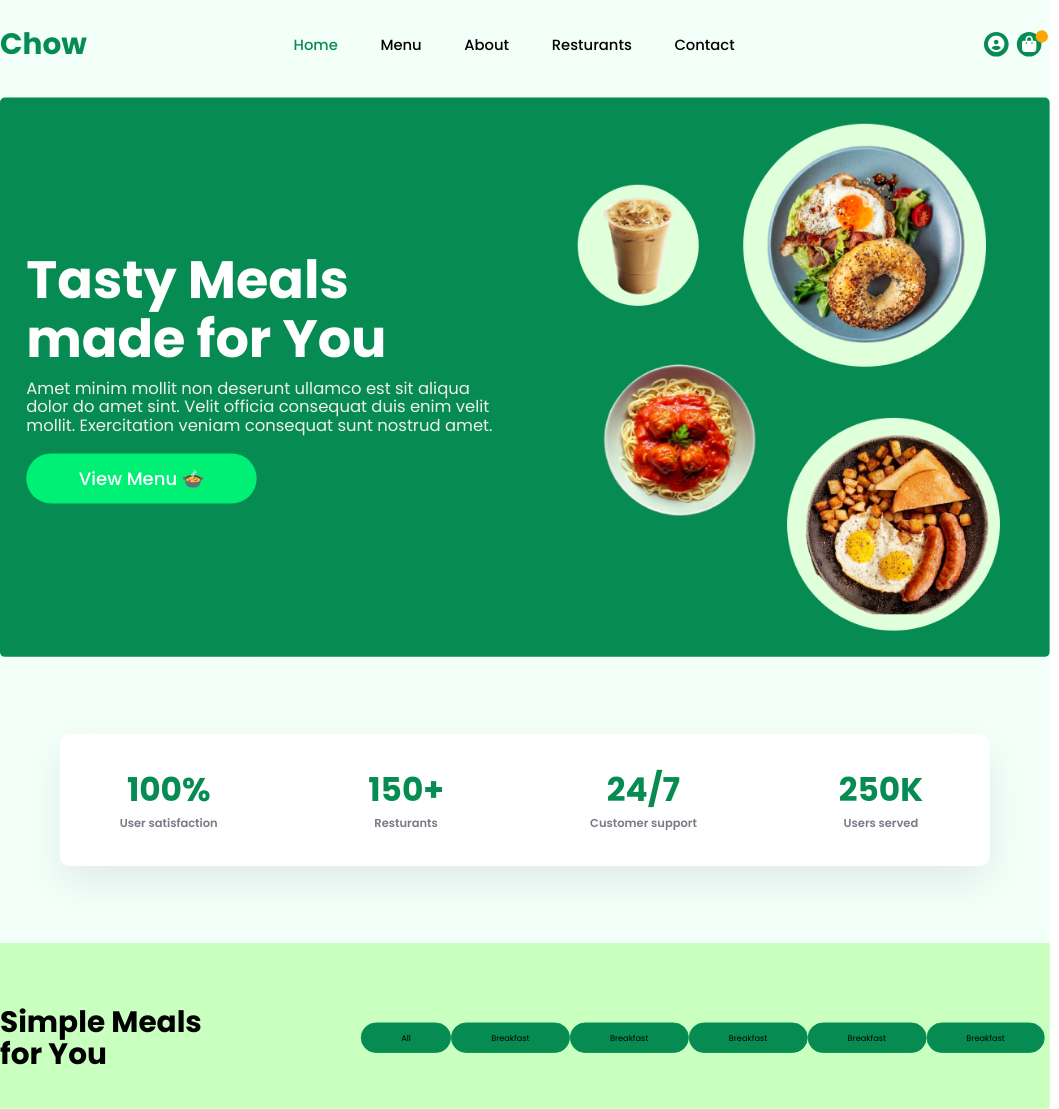
Repository: nguyennam1029/balbal
Page: index.html
The author's editor kept a copy of each file at every save. The page is drawn from the files as they stood at one save, then again after the next save.
The browser window is 1280 px wide. The page is 1292 px wide, so the pictures cover 1292 px, including what lies to the right of the window. The pictures show the whole page, at 82% of full size.
Some web libraries are served in a nearby version.

Above is the page before, as saved 2022-07-01 18:07:49.

### index.html
<!DOCTYPE html>
<html lang="en">
  <head>
    <meta charset="UTF-8" />
    <meta http-equiv="X-UA-Compatible" content="IE=edge" />
    <meta name="viewport" content="width=device-width, initial-scale=1.0" />
    <title>Chow</title>
    <link
      rel="stylesheet"
      href="https://cdnjs.cloudflare.com/ajax/libs/font-awesome/6.1.1/css/all.min.css"
      integrity="sha512-KfkfwYDsLkIlwQp6LFnl8zNdLGxu9YAA1QvwINks4PhcElQSvqcyVLLD9aMhXd13uQjoXtEKNosOWaZqXgel0g=="
      crossorigin="anonymous"
      referrerpolicy="no-referrer"
    />
    <link rel="stylesheet" href="css/grid.css" />
    <link rel="stylesheet" href="css/style.css" />
  </head>
  <body>
    <div class="app">
      <div class="grid wide">
        <div class="menu">
          <a href="#" class="menu-left">Chow</a>
          <ul class="menu-center">
            <li class="menu-center-item">
              <a href="#" class="menu-center--link active">Home</a>
            </li>
            <li class="menu-center-item">
              <a href="#" class="menu-center--link">Menu</a>
            </li>
            <li class="menu-center-item">
              <a href="#" class="menu-center--link">About</a>
            </li>
            <li class="menu-center-item">
              <a href="#" class="menu-center--link">Resturants</a>
            </li>
            <li class="menu-center-item">
              <a href="#" class="menu-center--link">Contact</a>
            </li>
          </ul>
          <ul class="menu-right">
            <li class="menu-right-item">
              <a href="#" class="menu-right--link">
                <i class="fa-solid fa-circle-user"></i>
              </a>
            </li>
            <li class="menu-right-item">
              <a href="#" class="menu-right--link active">
                <i class="fa-solid fa-bag-shopping"></i>
                <span class="menu-right--circle"></span>
              </a>
            </li>
          </ul>
        </div>
        <div class="banner">
          <div class="row">
            <div class="col l-6 m-6 c-12">
              <div class="banner-info">
                <h1 class="banner-title">Tasty Meals made for You</h1>
                <span class="banner-des"
                  >Amet minim mollit non deserunt ullamco est sit aliqua dolor
                  do amet sint. Velit officia consequat duis enim velit mollit.
                  Exercitation veniam consequat sunt nostrud amet.</span
                >
                <a href="#" class="banner-btn"> View Menu 🍲 </a>
              </div>
            </div>
            <div class="col l-6 m-6 c-12">
              <div class="banner-img">
                <img src="images/banner1.png" alt="" />
              </div>
            </div>
          </div>
        </div>
        <div class="statistical">
          <div class="row">
            <div class="col l-3 m-6 c-12">
              <div class="statistical-item">
                <h3 class="statistical-item--title">100%</h3>
                <span class="statistical-item--des">User satisfaction</span>
              </div>
            </div>
            <div class="col l-3 m-6 c-12">
              <div class="statistical-item">
                <h3 class="statistical-item--title">150+</h3>
                <span class="statistical-item--des">Resturants</span>
              </div>
            </div>
            <div class="col l-3 m-6 c-12">
              <div class="statistical-item">
                <h3 class="statistical-item--title">24/7</h3>
                <span class="statistical-item--des">Customer support</span>
              </div>
            </div>
            <div class="col l-3 m-6 c-12">
              <div class="statistical-item">
                <h3 class="statistical-item--title">250K</h3>
                <span class="statistical-item--des">Users served</span>
              </div>
            </div>
          </div>
        </div>
      </div>
      <div class="product">
        <div class="grid wide">
          <div class="product-top row">
            <div class="col l-3 m-3 c-12">
              <h3 class="product-heading">Simple Meals for You</h3>
            </div>
            <div class="col l-8 m-8 c-12">
              <ul class="tab-list">
                <li class="tab-item active">All</li>
                <li class="tab-item">Breakfast</li>
                <li class="tab-item">Breakfast</li>
                <li class="tab-item">Breakfast</li>
                <li class="tab-item">Breakfast</li>
                <li class="tab-item">Breakfast</li>
              </ul>
            </div>
          </div>
          <div class="product-title"></div>
        </div>
      </div>
    </div>
  </body>
</html>

### css/grid.css
/* L là pc ,  M là tablet, C là mobile  */
.grid {
    width  : 100%;
    display: block;
    padding: 0;
}

.grid.wide {
    max-width: 1280px;
    margin   : 0 auto;
}

.row {
    display     : flex;
    flex-wrap   : wrap;
    margin-left : -4px;
    margin-right: -4px;
}

.row.no-gutters {
    margin-left : 0;
    margin-right: 0;
}

.col {
    padding-left : 4px;
    padding-right: 4px;
}

.row.no-gutters .col {
    padding-left : 0;
    padding-right: 0;
}

.c-0 {
    display: none;
}

.c-1 {
    flex     : 0 0 8.33333%;
    max-width: 8.33333%;
}

.c-2 {
    flex     : 0 0 16.66667%;
    max-width: 16.66667%;
}

.c-3 {
    flex     : 0 0 25%;
    max-width: 25%;
}

.c-4 {
    flex     : 0 0 33.33333%;
    max-width: 33.33333%;
}

.c-5 {
    flex     : 0 0 41.66667%;
    max-width: 41.66667%;
}

.c-6 {
    flex     : 0 0 50%;
    max-width: 50%;
}

.c-7 {
    flex     : 0 0 58.33333%;
    max-width: 58.33333%;
}

.c-8 {
    flex     : 0 0 66.66667%;
    max-width: 66.66667%;
}

.c-9 {
    flex     : 0 0 75%;
    max-width: 75%;
}

.c-10 {
    flex     : 0 0 83.33333%;
    max-width: 83.33333%;
}

.c-11 {
    flex     : 0 0 91.66667%;
    max-width: 91.66667%;
}

.c-12 {
    flex     : 0 0 100%;
    max-width: 100%;
}

.c-o-1 {
    margin-left: 8.33333%;
}

.c-o-2 {
    margin-left: 16.66667%;
}

.c-o-3 {
    margin-left: 25%;
}

.c-o-4 {
    margin-left: 33.33333%;
}

.c-o-5 {
    margin-left: 41.66667%;
}

.c-o-6 {
    margin-left: 50%;
}

.c-o-7 {
    margin-left: 58.33333%;
}

.c-o-8 {
    margin-left: 66.66667%;
}

.c-o-9 {
    margin-left: 75%;
}

.c-o-10 {
    margin-left: 83.33333%;
}

.c-o-11 {
    margin-left: 91.66667%;
}

/* >= Tablet */
@media (min-width: 740px) {
    .row {
        margin-left : -8px;
        margin-right: -8px;
    }

    .col {
        padding-left : 8px;
        padding-right: 8px;
    }

    .m-0 {
        display: none;
    }

    .m-1,
    .m-2,
    .m-3,
    .m-4,
    .m-5,
    .m-6,
    .m-7,
    .m-8,
    .m-9,
    .m-10,
    .m-11,
    .m-12 {
        display: block;
    }

    .m-1 {
        flex     : 0 0 8.33333%;
        max-width: 8.33333%;
    }

    .m-2 {
        flex     : 0 0 16.66667%;
        max-width: 16.66667%;
    }

    .m-3 {
        flex     : 0 0 25%;
        max-width: 25%;
    }

    .m-4 {
        flex     : 0 0 33.33333%;
        max-width: 33.33333%;
    }

    .m-5 {
        flex     : 0 0 41.66667%;
        max-width: 41.66667%;
    }

    .m-6 {
        flex     : 0 0 50%;
        max-width: 50%;
    }

    .m-7 {
        flex     : 0 0 58.33333%;
        max-width: 58.33333%;
    }

    .m-8 {
        flex     : 0 0 66.66667%;
        max-width: 66.66667%;
    }

    .m-9 {
        flex     : 0 0 75%;
        max-width: 75%;
    }

    .m-10 {
        flex     : 0 0 83.33333%;
        max-width: 83.33333%;
    }

    .m-11 {
        flex     : 0 0 91.66667%;
        max-width: 91.66667%;
    }

    .m-12 {
        flex     : 0 0 100%;
        max-width: 100%;
    }

    .m-o-1 {
        margin-left: 8.33333%;
    }

    .m-o-2 {
        margin-left: 16.66667%;
    }

    .m-o-3 {
        margin-left: 25%;
    }

    .m-o-4 {
        margin-left: 33.33333%;
    }

    .m-o-5 {
        margin-left: 41.66667%;
    }

    .m-o-6 {
        margin-left: 50%;
    }

    .m-o-7 {
        margin-left: 58.33333%;
    }

    .m-o-8 {
        margin-left: 66.66667%;
    }

    .m-o-9 {
        margin-left: 75%;
    }

    .m-o-10 {
        margin-left: 83.33333%;
    }

    .m-o-11 {
        margin-left: 91.66667%;
    }
}

/* PC medium resolution > */
@media (min-width: 1113px) {
    .row {
        margin-left : -12px;
        margin-right: -12px;
    }

    .row.sm-gutter {
        margin-left : -5px;
        margin-right: -5px;
    }

    .col {
        padding-left : 12px;
        padding-right: 12px;
    }

    .row.sm-gutter .col {
        padding-left : 5px;
        padding-right: 5px;
    }

    .l-0 {
        display: none;
    }

    .l-1,
    .l-2,
    .l-2-4,
    .l-3,
    .l-4,
    .l-5,
    .l-6,
    .l-7,
    .l-8,
    .l-9,
    .l-10,
    .l-11,
    .l-12 {
        display: block;
    }

    .l-1 {
        flex     : 0 0 8.33333%;
        max-width: 8.33333%;
    }

    .l-2 {
        flex     : 0 0 16.66667%;
        max-width: 16.66667%;
    }

    .l-2-4 {
        flex     : 0 0 20%;
        max-width: 20%;
    }

    .l-3 {
        flex     : 0 0 25%;
        max-width: 25%;
    }

    .l-4 {
        flex     : 0 0 33.33333%;
        max-width: 33.33333%;
    }

    .l-5 {
        flex     : 0 0 41.66667%;
        max-width: 41.66667%;
    }

    .l-6 {
        flex     : 0 0 50%;
        max-width: 50%;
    }

    .l-7 {
        flex     : 0 0 58.33333%;
        max-width: 58.33333%;
    }

    .l-8 {
        flex     : 0 0 66.66667%;
        max-width: 66.66667%;
    }

    .l-9 {
        flex     : 0 0 75%;
        max-width: 75%;
    }

    .l-10 {
        flex     : 0 0 83.33333%;
        max-width: 83.33333%;
    }

    .l-11 {
        flex     : 0 0 91.66667%;
        max-width: 91.66667%;
    }

    .l-12 {
        flex     : 0 0 100%;
        max-width: 100%;
    }

    .l-o-1 {
        margin-left: 8.33333%;
    }

    .l-o-2 {
        margin-left: 16.66667%;
    }

    .l-o-3 {
        margin-left: 25%;
    }

    .l-o-4 {
        margin-left: 33.33333%;
    }

    .l-o-5 {
        margin-left: 41.66667%;
    }

    .l-o-6 {
        margin-left: 50%;
    }

    .l-o-7 {
        margin-left: 58.33333%;
    }

    .l-o-8 {
        margin-left: 66.66667%;
    }

    .l-o-9 {
        margin-left: 75%;
    }

    .l-o-10 {
        margin-left: 83.33333%;
    }

    .l-o-11 {
        margin-left: 91.66667%;
    }
}

/* Tablet - PC low resolution */
@media (min-width: 740px) and (max-width: 1023px) {
    .wide {
        width: 644px;
    }
}

/* > PC low resolution */
@media (min-width: 1024px) and (max-width: 1239px) {
    .wide {
        width: 984px;
    }

    .wide .row {
        margin-left : -12px;
        margin-right: -12px;
    }

    .wide .row.sm-gutter {
        margin-left : -5px;
        margin-right: -5px;
    }

    .wide .col {
        padding-left : 12px;
        padding-right: 12px;
    }

    .wide .row.sm-gutter .col {
        padding-left : 5px;
        padding-right: 5px;
    }

    .wide .l-0 {
        display: none;
    }

    .wide .l-1,
    .wide .l-2,
    .wide .l-2-4,
    .wide .l-3,
    .wide .l-4,
    .wide .l-5,
    .wide .l-6,
    .wide .l-7,
    .wide .l-8,
    .wide .l-9,
    .wide .l-10,
    .wide .l-11,
    .wide .l-12 {
        display: block;
    }

    .wide .l-1 {
        flex     : 0 0 8.33333%;
        max-width: 8.33333%;
    }

    .wide .l-2 {
        flex     : 0 0 16.66667%;
        max-width: 16.66667%;
    }

    .wide .l-2-4 {
        flex     : 0 0 20%;
        max-width: 20%;
    }

    .wide .l-3 {
        flex     : 0 0 25%;
        max-width: 25%;
    }

    .wide .l-4 {
        flex     : 0 0 33.33333%;
        max-width: 33.33333%;
    }

    .wide .l-5 {
        flex     : 0 0 41.66667%;
        max-width: 41.66667%;
    }

    .wide .l-6 {
        flex     : 0 0 50%;
        max-width: 50%;
    }

    .wide .l-7 {
        flex     : 0 0 58.33333%;
        max-width: 58.33333%;
    }

    .wide .l-8 {
        flex     : 0 0 66.66667%;
        max-width: 66.66667%;
    }

    .wide .l-9 {
        flex     : 0 0 75%;
        max-width: 75%;
    }

    .wide .l-10 {
        flex     : 0 0 83.33333%;
        max-width: 83.33333%;
    }

    .wide .l-11 {
        flex     : 0 0 91.66667%;
        max-width: 91.66667%;
    }

    .wide .l-12 {
        flex     : 0 0 100%;
        max-width: 100%;
    }

    .wide .l-o-1 {
        margin-left: 8.33333%;
    }

    .wide .l-o-2 {
        margin-left: 16.66667%;
    }

    .wide .l-o-3 {
        margin-left: 25%;
    }

    .wide .l-o-4 {
        margin-left: 33.33333%;
    }

    .wide .l-o-5 {
        margin-left: 41.66667%;
    }

    .wide .l-o-6 {
        margin-left: 50%;
    }

    .wide .l-o-7 {
        margin-left: 58.33333%;
    }

    .wide .l-o-8 {
        margin-left: 66.66667%;
    }

    .wide .l-o-9 {
        margin-left: 75%;
    }

    .wide .l-o-10 {
        margin-left: 83.33333%;
    }

    .wide .l-o-11 {
        margin-left: 91.66667%;
    }
}

### css/style.css
@import url('https://fonts.googleapis.com/css2?family=Poppins:wght@400;500;600;700&display=swap');

*,
*::before,
*::after {
    box-sizing: border-box;
}

* {
    margin : 0;
    padding: 0;
}

html {
    font-family: 'Poppins',
        sans-serif;
    font-size: 62.5%;
}

html,
body {
    height: 100%;
}

body {
    line-height: 1.5;
}

img,
picture,
video,
canvas,
svg {
    display  : block;
    max-width: 100%;
}

input,
button,
textarea,
select {
    font   : inherit;
    outline: none;
}

p,
h1,
h2,
h3,
h4,
h5,
h6 {
    overflow-wrap: break-word;
}

a {
    text-decoration: none;
}

ul {
    list-style: none;
}

.app {
    background-color: #f3fff9;
    padding-top     : 34px;
}

.menu {
    display        : flex;
    justify-content: space-between;
    align-items    : center;
    margin         : 0 0 45px;
}

.menu-left {
    font-weight: 700;
    font-size  : 3.6rem;
    line-height: 40px;

    color: #068C52;
}

.menu-center,
.menu-right {
    display        : flex;
    justify-content: center;
    align-items    : center;
}

.menu-center--link {
    margin-right: 52px;
    font-weight : 500;
    font-size   : 1.8rem;
    line-height : 27px;
    color       : #000000;
}

.menu-center--link.active {
    color: #068C52;
}

.menu-right--link {
    margin-right         : 10px;
    display              : flex;
    justify-content      : center;
    align-items          : center;
    width                : 30px;
    height               : 30px;
    border-radius        : 50%;
    -webkit-border-radius: 50%;
    -moz-border-radius   : 50%;
    -ms-border-radius    : 50%;
    -o-border-radius     : 50%;
    background-color     : #068C52;
}

.menu-right--link i {
    color    : #fff;
    font-size: 2rem;
}

.menu-right--link.active {
    position: relative;
}

.menu-right--circle {
    position             : absolute;
    top                  : -2px;
    right                : -8px;
    width                : 15px;
    height               : 15px;
    background           : #FFA500;
    border-radius        : 50%;
    -webkit-border-radius: 50%;
    -moz-border-radius   : 50%;
    -ms-border-radius    : 50%;
    -o-border-radius     : 50%;
}

.banner {
    background-color     : #068C52;
    border-radius        : 6px;
    -webkit-border-radius: 6px;
    -moz-border-radius   : 6px;
    -ms-border-radius    : 6px;
    -o-border-radius     : 6px;
    padding              : 32px;
}

.banner-info {
    display           : flex;
    justify-content   : center;
    /* align-items    : center; */
    flex-direction    : column;
    height            : 100%;
}

.banner-title {
    font-weight: 700;
    font-size  : 6.4rem;
    line-height: 72px;

    color: #FFFFFF;
}

.banner-des {
    font-weight: 400;
    font-size  : 2rem;
    line-height: 22px;
    display    : block;
    color      : #EFEFEF;
    margin     : 14px 0 24px;
}

.banner-btn {
    font-weight          : 500;
    font-size            : 2.2rem;
    line-height          : 33px;
    padding              : 14px 64px;
    /*Primary/White*/
    color                : #FFFFFF;
    background           : #00F076;
    border-radius        : 32px;
    -webkit-border-radius: 32px;
    -moz-border-radius   : 32px;
    -ms-border-radius    : 32px;
    -o-border-radius     : 32px;
    width                : fit-content;
}

.statistical {
    max-width    : 1134px;
    margin       : 94px auto;
    /* border    : 1px solid; */
    background   : #FFFFFF;
    /* Drop Shadow/High */
    padding      : 40px 0;
    box-shadow   : 0px 20px 50px rgba(18, 17, 39, 0.08);
    border-radius: 12px;
    text-align   : center;
}

.statistical-item--title {
    font-weight: 700;
    font-size  : 4rem;
    line-height: 140%;
    /* identical to box height, or 56px */

    text-align: center;

    color: #068C52;
}

.statistical-item--des {
    font-weight: 600;
    font-size  : 1.4rem;
    line-height: 180%;
    color      : rgba(18, 17, 39, 0.56);
}

.product {
    background-color: #c9ffbf;
    padding         : 76px 0 46px;
}

.product-top {
    display        : flex;
    justify-content: space-between;
    align-items    : center;
}

.product-heading {
    font-weight: 700;
    font-size  : 3.6rem;
    line-height: 40px;

    color: #000000;
}

.tab-list {
    display        : flex;
    justify-content: center;
    align-items    : center;

}

.tab-item {
    padding      : 10px 48px;
    background   : #068C52;
    border       : 1px solid #068C52;
    border-radius: 40px;
    display      : block;
}

After the next save:
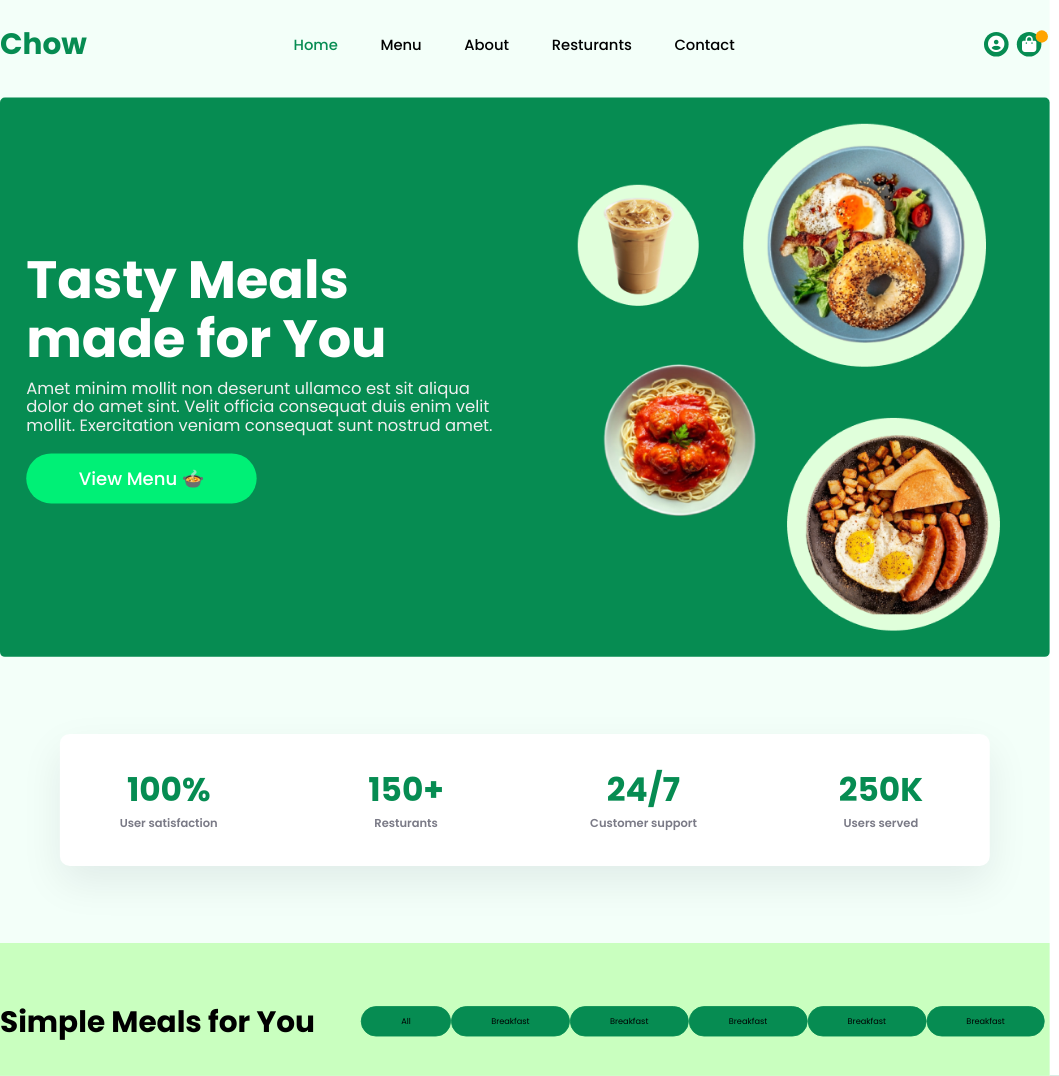
Saved 43 s later.
--- a/index.html
+++ b/index.html
@@ -103,7 +103,7 @@
       <div class="product">
         <div class="grid wide">
           <div class="product-top row">
-            <div class="col l-3 m-3 c-12">
+            <div class="col l-4 m-3 c-12">
               <h3 class="product-heading">Simple Meals for You</h3>
             </div>
             <div class="col l-8 m-8 c-12">
